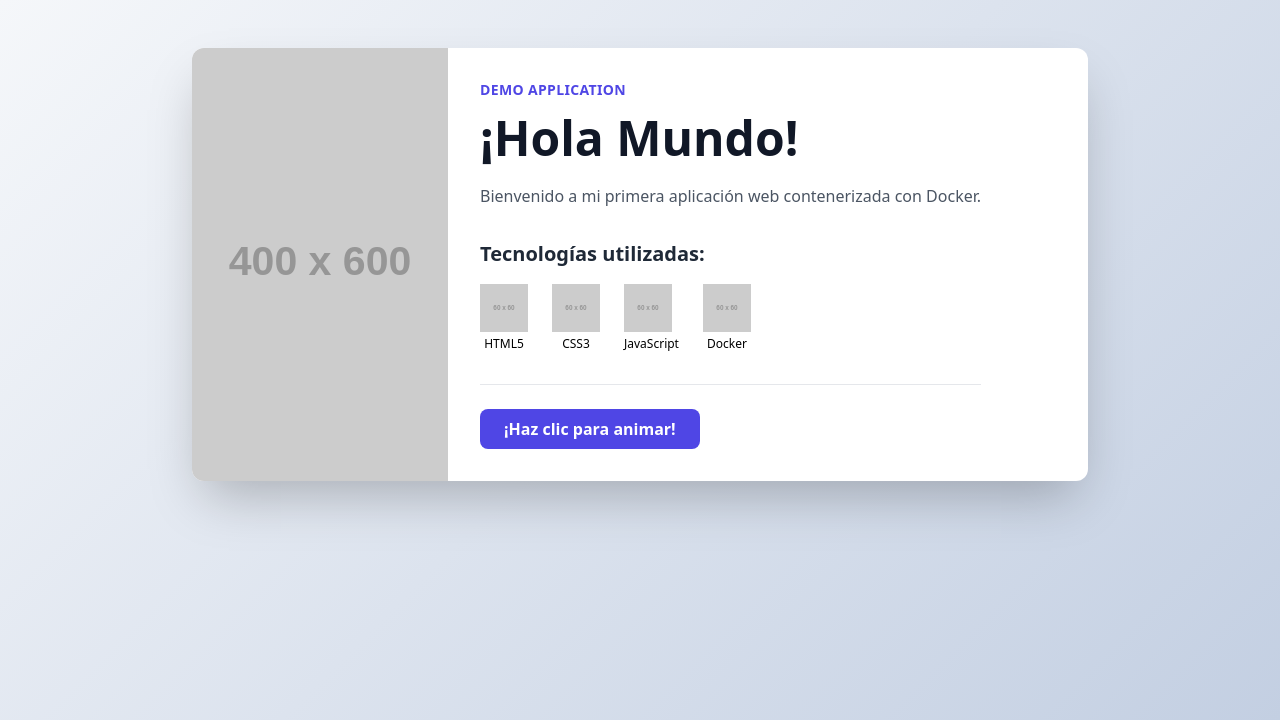
Repository: Deniz78y1966/s13electiva2
Page: index.html
An editor plug-in stored every save of this project. The page is shown before and after the next save, followed by the edit.
The browser window is 1280 px wide. The pictures show the whole page.
Some web libraries are served in a nearby version.

Above is the page before, as saved 2025-08-19 22:36:16.

### index.html
<!DOCTYPE html>
<html lang="en">
<head>
    <meta charset="UTF-8">
    <meta name="viewport" content="width=device-width, initial-scale=1.0">
    <title>Hello_World</title>
    <script src="https://cdn.tailwindcss.com"></script>
    <link rel="stylesheet" href="style.css">
</head>
<body class="font-sans">
    <div class="container mx-auto px-4 py-12">
        <div class="max-w-4xl mx-auto bg-white rounded-xl shadow-2xl overflow-hidden">
            <div class="md:flex">
                <div class="md:flex-shrink-0">
                    <img src="https://placehold.co/400x600"
                         alt="Imagen abstracta de desarrollo web mostrando código en una pantalla con colores modernos azules y morados"
                         class="h-full w-full object-cover md:w-64">
                </div>
                <div class="p-8">
                    <div class="uppercase tracking-wide text-sm text-indigo-600 font-semibold mb-1">Demo Application</div>
                    <h1 class="greeting text-5xl font-bold text-gray-900 leading-tight mt-2">¡Hola Mundo!</h1>
                    <p class="mt-4 text-gray-600">Bienvenido a mi primera aplicación web contenerizada con Docker.</p>

                    <div class="mt-8">
                        <h3 class="text-xl font-semibold text-gray-800">Tecnologías utilizadas:</h3>
                        <div class="flex space-x-6 mt-4">
                            <div class="tech-icons">
                                <img src="https://placehold.co/60x60" alt="Logo de HTML5 mostrando el icono naranja característico" class="h-12">
                                <p class="text-center text-xs mt-1">HTML5</p>
                            </div>
                            <div class="tech-icons">
                                <img src="https://placehold.co/60x60" alt="Logo de CSS3 mostrando el icono azul característico" class="h-12">
                                <p class="text-center text-xs mt-1">CSS3</p>
                            </div>
                            <div class="tech-icons">
                                <img src="https://placehold.co/60x60" alt="Logo de JavaScript mostrando el ícono amarillo con el texto JS" class="h-12">
                                <p class="text-center text-xs mt-1">JavaScript</p>
                            </div>
                            <div class="tech-icons">
                                <img src="https://placehold.co/60x60" alt="Logo de Docker mostrando el clásico contenedor azul con ballena" class="h-12">
                                <p class="text-center text-xs mt-1">Docker</p>
                            </div>
                        </div>
                    </div>

                    <div class="mt-8 pt-6 border-t border-gray-200">
                        <button id="animateBtn" class="bg-indigo-600 hover:bg-indigo-700 text-white font-bold py-2 px-6 rounded-lg transition duration-300 transform hover:scale-105">
                            ¡Haz clic para animar!
                        </button>
                    </div>
                </div>
            </div>
        </div>
    </div>

    <script>
        document.getElementById('animateBtn').addEventListener('click', function() {
            const greeting = document.querySelector('.greeting');
            greeting.style.animation = 'none';
            setTimeout(() => {
                greeting.style.animation = 'fadeIn 1.5s ease-in-out';
            }, 10);

            // Cambiar el saludo rotativamente
            const greetings = ['¡Hola Mundo!', 'Hello World!', 'Bonjour le monde!', 'Hallo Welt!'];
            const current = greeting.textContent;
            const nextIndex = (greetings.indexOf(current) + 1) % greetings.length;
            greeting.textContent = greetings[nextIndex];
        })
    </script>
</body>
</html>

### style.css
body {
    background: linear-gradient(135deg, #f5f7fa 0%, #c3cfe2 100%);
    min-height: 100vh;
}

.greeting {
    animation: fadeIn 1.5s ease-in-out;
}

@keyframes fadeIn {
    from { opacity: 0; transform: translateY(20px); }
    to { opacity: 1; transform: translateY(0); }
}

After the next save:
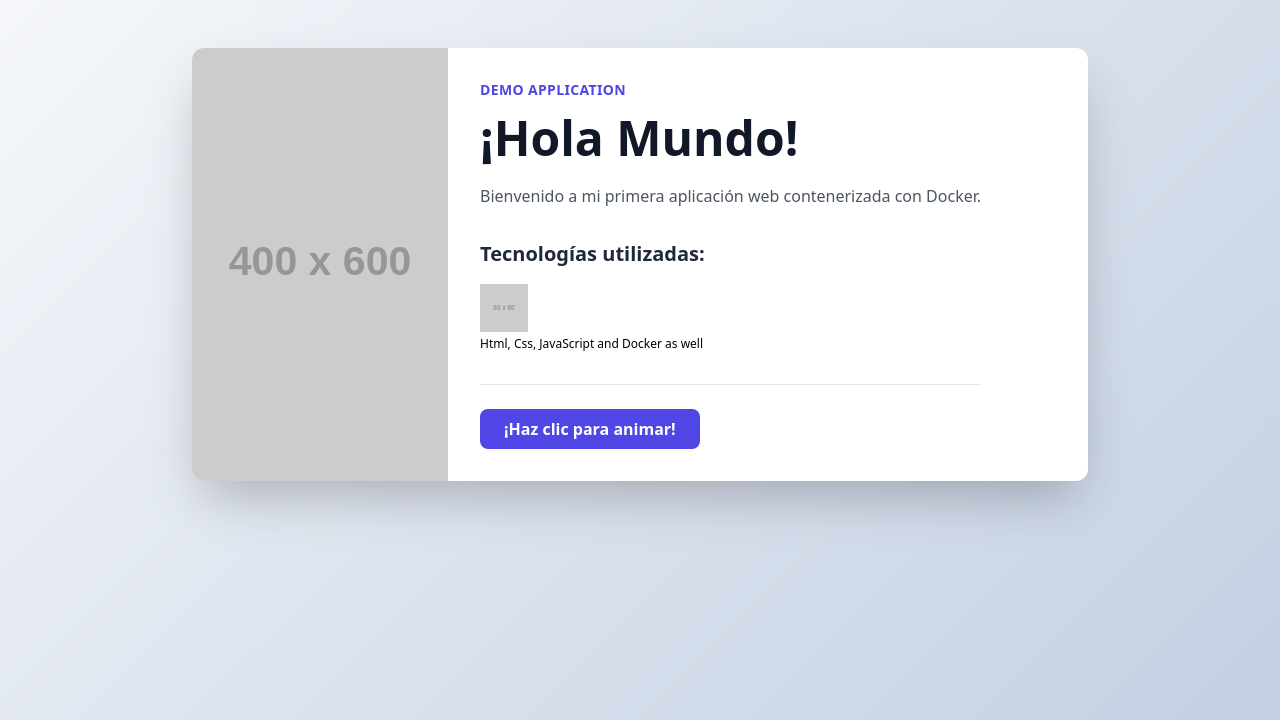
Saved 64 s later.
--- a/index.html
+++ b/index.html
@@ -26,8 +26,8 @@
                         <div class="flex space-x-6 mt-4">
                             <div class="tech-icons">
                                 <img src="https://placehold.co/60x60" alt="Logo de HTML5 mostrando el icono naranja característico" class="h-12">
-                                <p class="text-center text-xs mt-1">HTML5</p>
-                            </div>
+                                <p class="text-center text-xs mt-1">Html, Css, JavaScript and Docker as well</p>
+                            <!-- </div>
                             <div class="tech-icons">
                                 <img src="https://placehold.co/60x60" alt="Logo de CSS3 mostrando el icono azul característico" class="h-12">
                                 <p class="text-center text-xs mt-1">CSS3</p>
@@ -39,7 +39,7 @@
                             <div class="tech-icons">
                                 <img src="https://placehold.co/60x60" alt="Logo de Docker mostrando el clásico contenedor azul con ballena" class="h-12">
                                 <p class="text-center text-xs mt-1">Docker</p>
-                            </div>
+                            </div> -->
                         </div>
                     </div>
 
